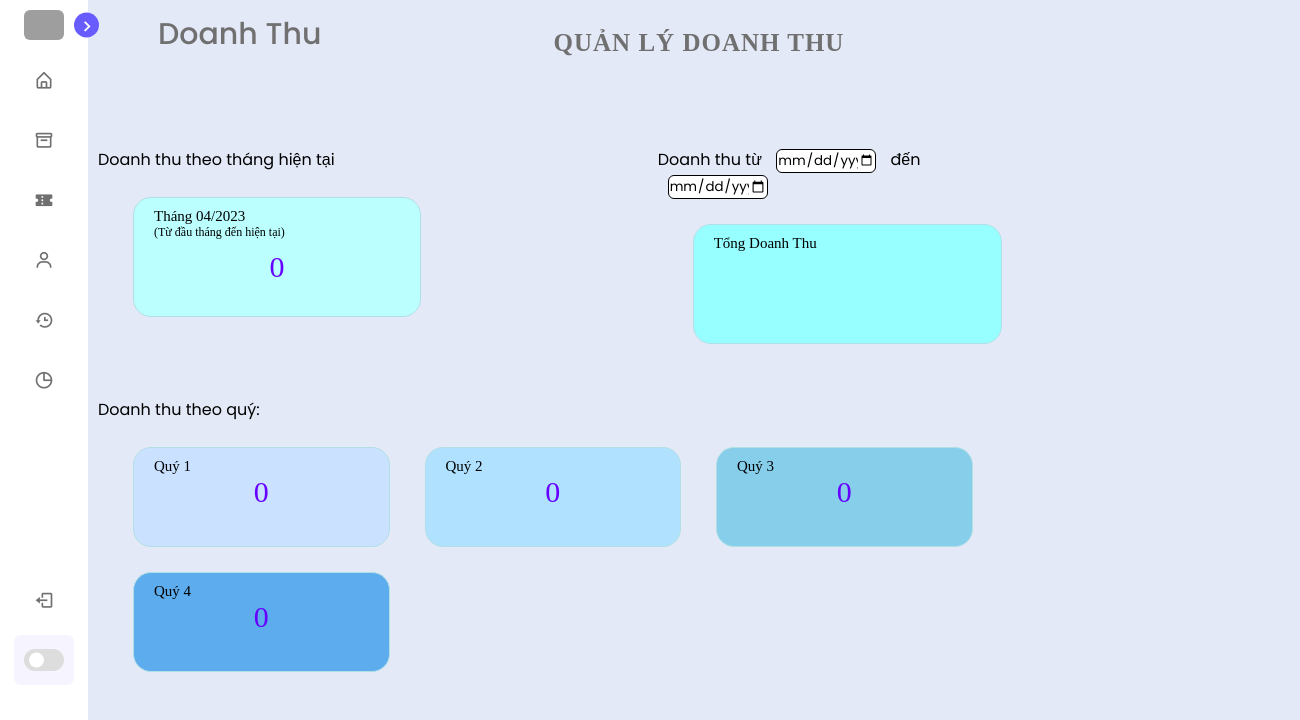
Repository: JeffDaveHudson/CapstoneProject
Page: http://localhost/CapstoneProject/revenue
The author's editor kept a copy of each file at every save. The page is drawn from the files as they stood at one save, then again after the next save.
The browser window is 1280 px wide. The page is 1300 px wide, so the pictures cover 1300 px, including what lies to the right of the window. The pictures show the whole page.
Pictures or frames that could not be fetched are drawn as grey boxes. The page is served by Tomcat 9. Queries for data that is not in the repository find no rows.

Above is the page before, as saved 2023-06-14 09:26:51.

After the next save:
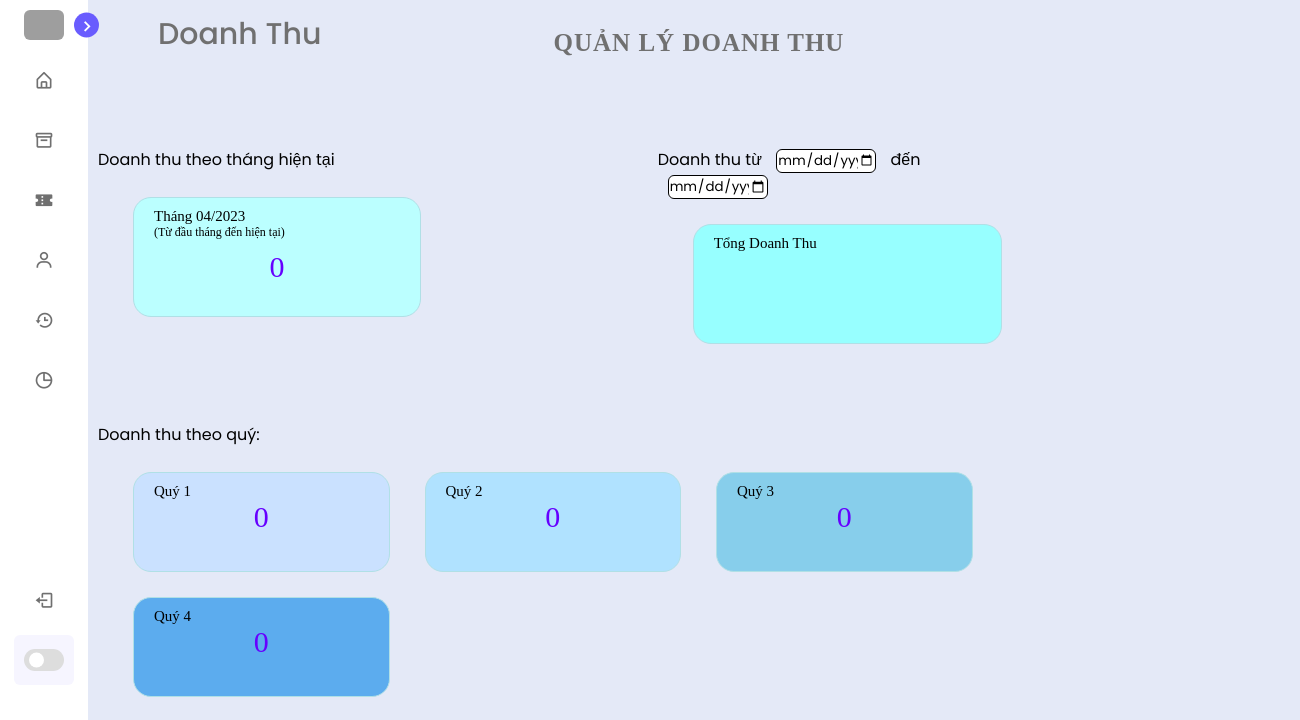
Saved 5 s later.
--- a/CapstoneProject/src/main/webapp/admin/Revenue.jsp
+++ b/CapstoneProject/src/main/webapp/admin/Revenue.jsp
@@ -212,7 +212,7 @@
 			</div>
 		</div>
 
-		<br><br>
+		<br><br><br>
 
 		<div class="wrapper-div1">
 			 Doanh thu theo quý: <br>
